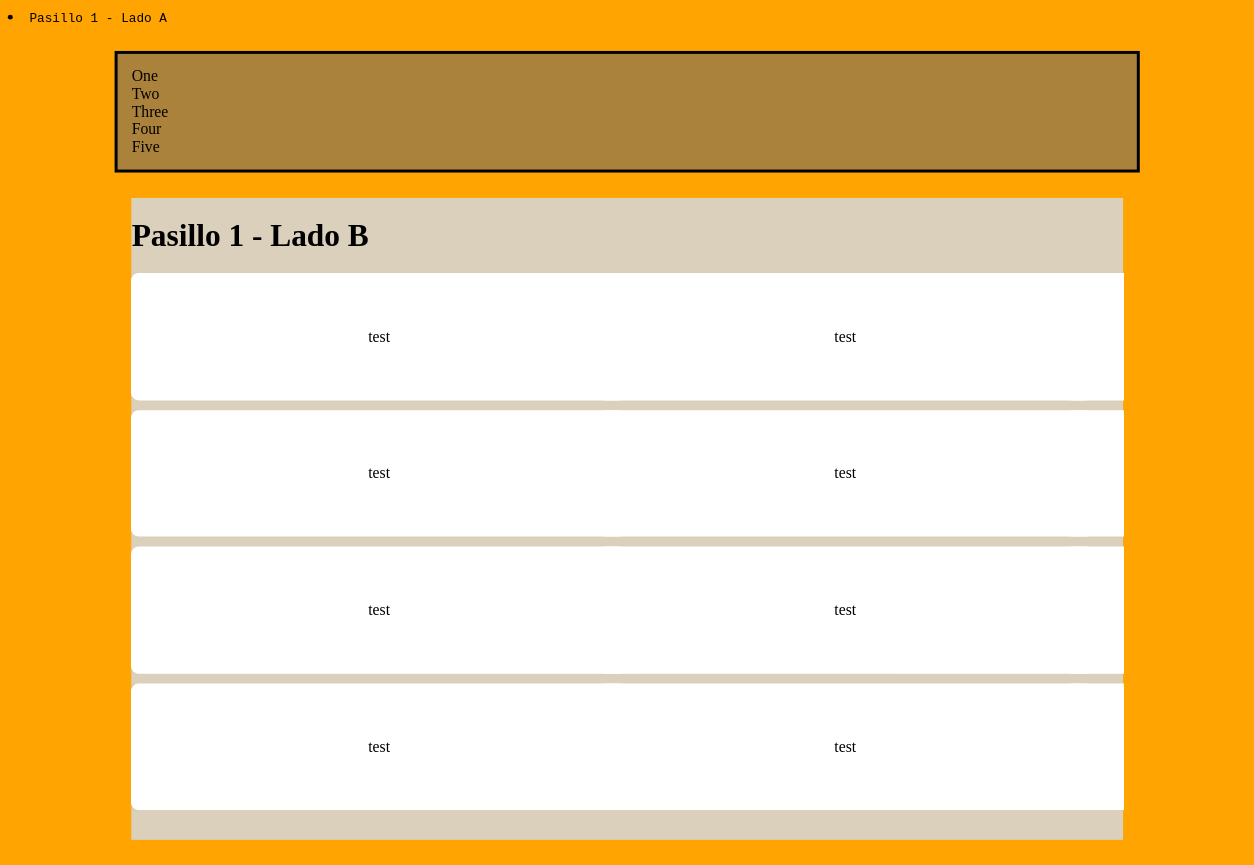
Repository: Franzcod/DepoStock_Web
Page: index.html
These files come from the project's save history. The page is drawn as it stood at one moment and after the next save; the edit follows.
The browser window is 1280 px wide. The pictures show the whole page, at 98% of full size.

Above is the page before, as saved 2020-06-07 02:48:00.
Console error: ReferenceError: ur is not defined

After the next save:
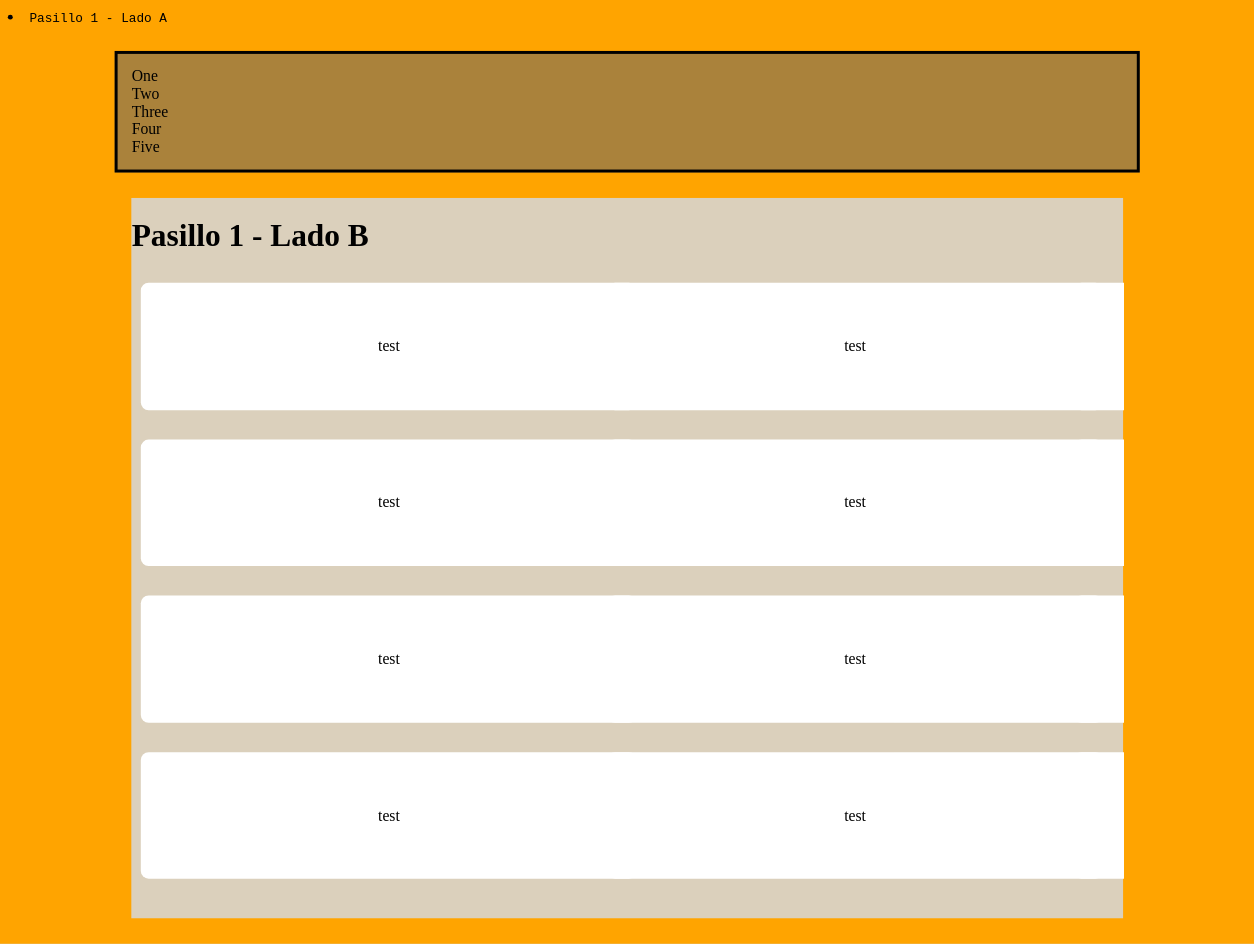
Saved 17 s later.
--- a/estilo/estilo.css
+++ b/estilo/estilo.css
@@ -81,4 +81,5 @@
     border-radius: 8px;
     height: 7vw;
     width: 100%;
+    margin: 10px 10px;
 }

After the 2 saves that followed:
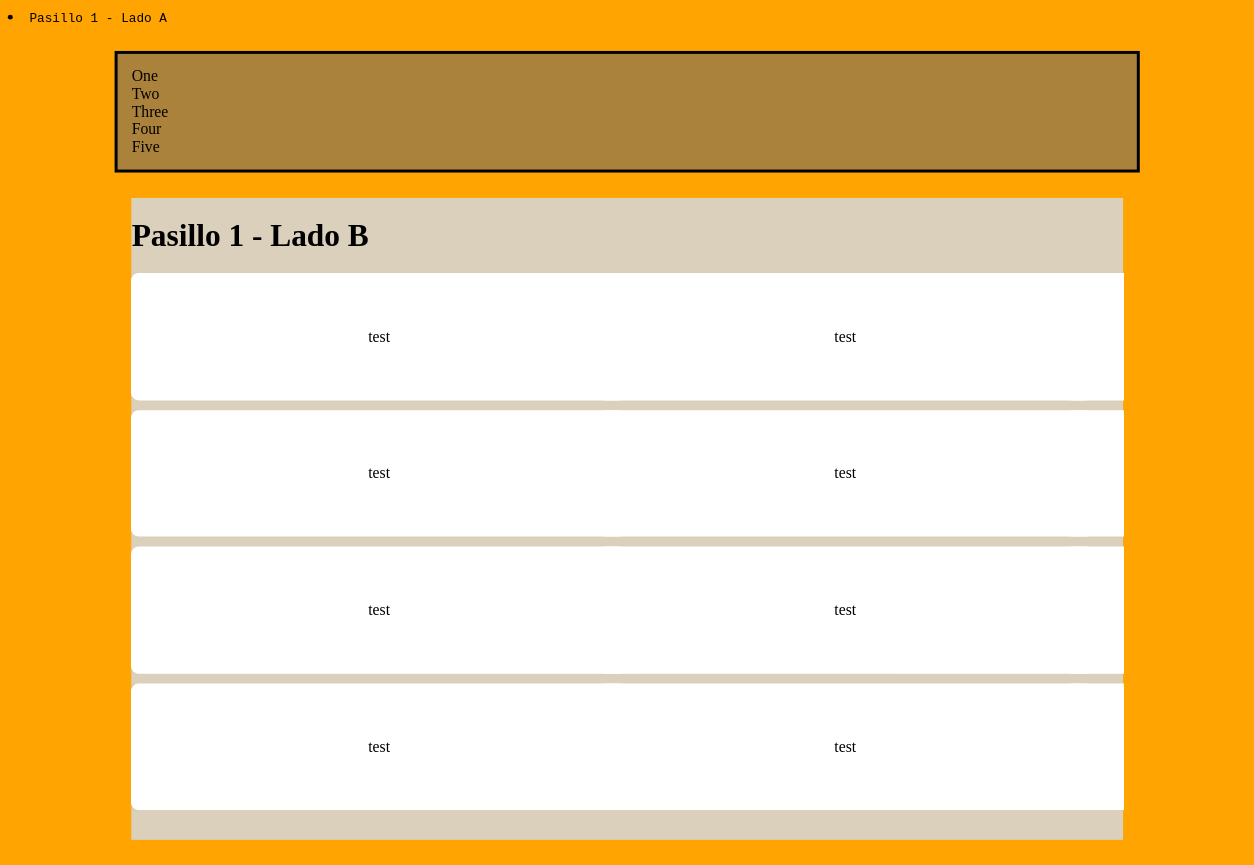
The 2 saves are shown as one change because 1 left the picture as it was.
The last was saved 11 s later.
--- a/estilo/estilo.css
+++ b/estilo/estilo.css
@@ -81,5 +81,5 @@
     border-radius: 8px;
     height: 7vw;
     width: 100%;
-    margin: 10px 10px;
+
 }
